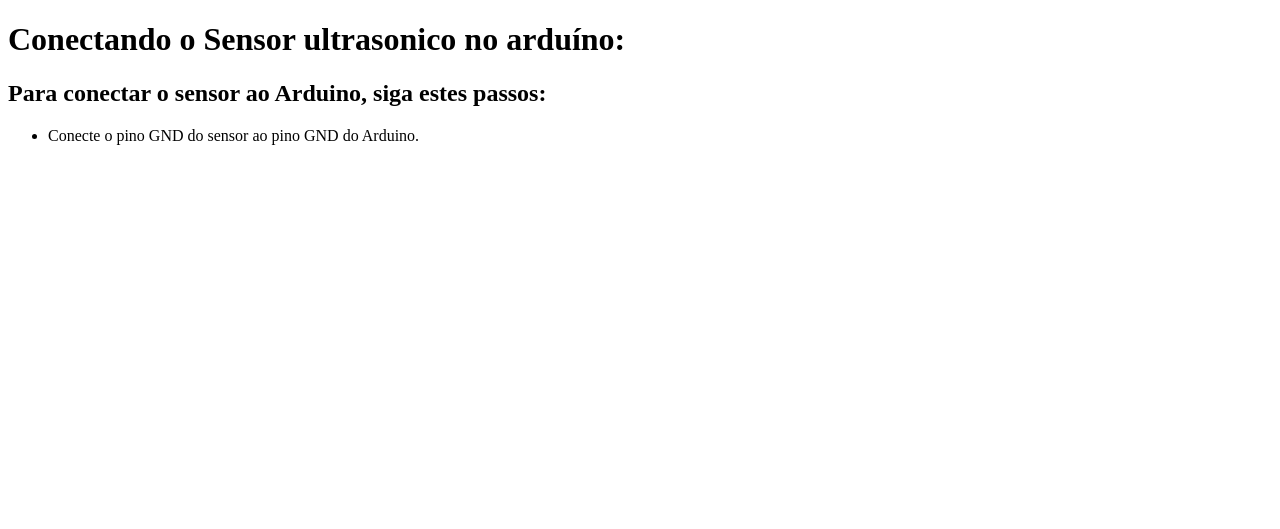
Repository: Eito2511/Site-tutorial-arduino
Page: tutorial.html
An editor plug-in stored every save of this project. The page is shown before and after the next save, followed by the edit.
The browser window is 1280 px wide. The pictures show the whole page.

Above is the page before, as saved 2025-06-03 18:11:22.

After the next save:
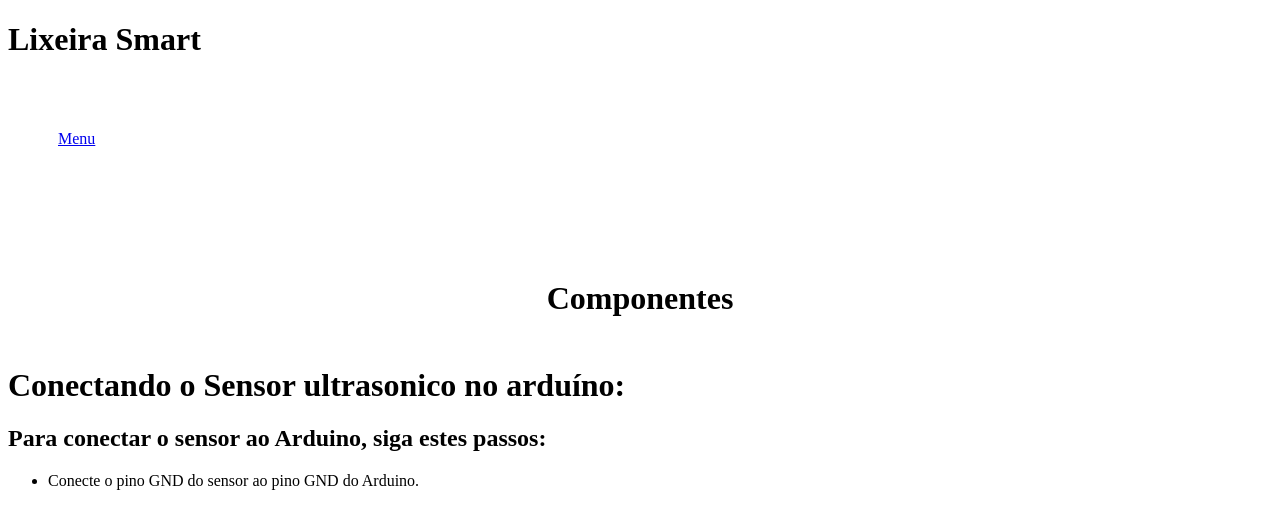
Saved 79 s later.
--- a/tutorial.html
+++ b/tutorial.html
@@ -6,6 +6,18 @@
     <title>Tutorial</title>
 </head>
 <body>
+    <header>
+      <h1 class="titulo">Lixeira Smart</h1>
+    </header>
+
+    <section style="height: 50px; padding: 50px">
+      <a href="index.html" class="btn">Menu</a>
+    </section>
+
+    <h1 style="text-align: center; margin: 50px">
+      <strong>Componentes</strong>
+    </h1>
+
     <h1>Conectando o Sensor ultrasonico no arduíno:</h1>
     <h2>Para conectar o sensor ao Arduino, siga estes passos:</h2>
     <ul>
